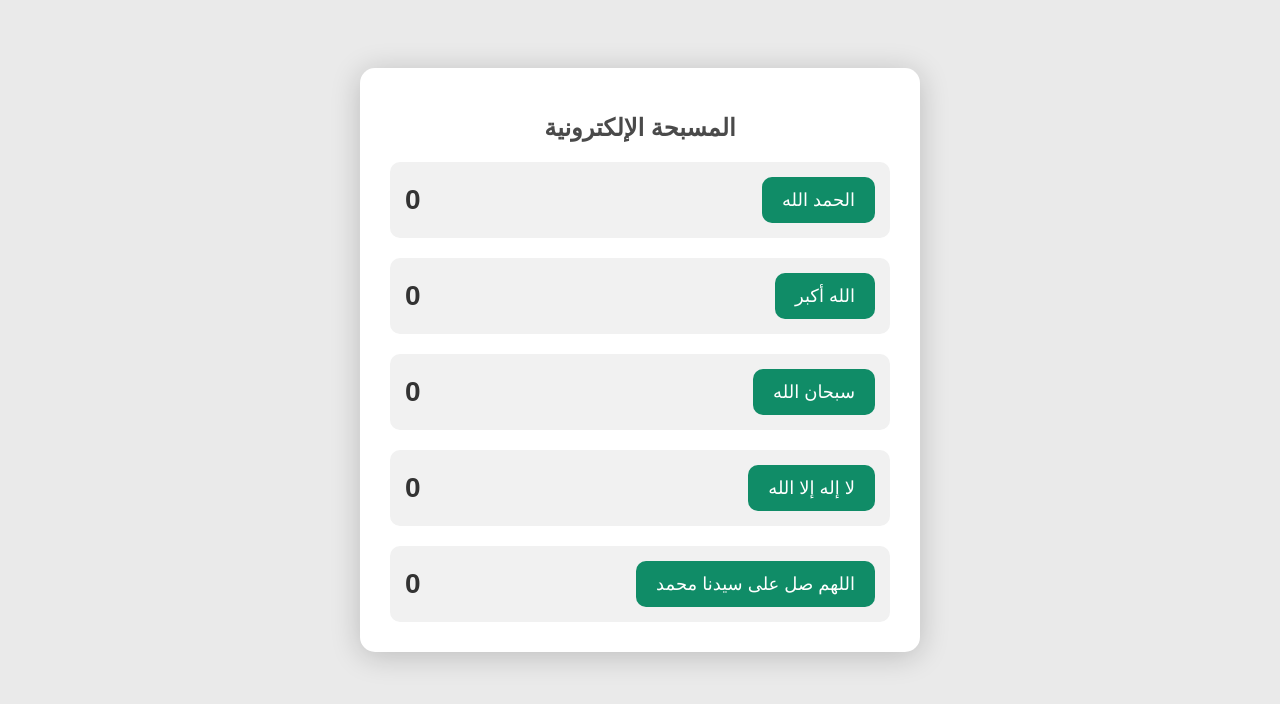
Repository: ShahdKItany/Electronic-Rosary
Page: index.html
These files come from the project's save history. The page is drawn as it stood at one moment and after the next save; the edit follows.
The browser window is 1280 px wide. The pictures show the whole page.

Above is the page before, as saved 2024-10-23 00:55:02.

### index.html
<!DOCTYPE html>
<html lang="ar">
<head>
  <meta charset="UTF-8">
  <meta name="viewport" content="width=device-width, initial-scale=1.0">
  <link rel="stylesheet" href="styles.css">
  <title>المسبحة الإلكترونية</title>
</head>
<body>
  <div class="container">
    <h1 class="title">المسبحة الإلكترونية</h1>
    <div class="button-container">
      <div class="button-group">
        <span id="counter1" class="counter">0</span>
        <button id="incrementButton1">الحمد الله</button>
      </div>
      <div class="button-group">
        <span id="counter2" class="counter">0</span>
        <button id="incrementButton2">الله أكبر</button>
      </div>
      <div class="button-group">
        <span id="counter3" class="counter">0</span>
        <button id="incrementButton3">سبحان الله</button>
      </div>
      <div class="button-group">
        <span id="counter4" class="counter">0</span>
        <button id="incrementButton4">لا إله إلا الله</button>

      </div>
      <div class="button-group">
        <span id="counter5" class="counter">0</span>
        <button id="incrementButton5">اللهم صل على سيدنا محمد</button>

      </div>
    </div>
  </div>

  <script src="main.js"></script>
</body>
</html>

### styles.css
body {
    font-family: 'Arial', sans-serif;
    background-color: #eaeaea;
    display: flex;
    justify-content: center;
    align-items: center;
    height: 100vh;
    margin: 0;
  }

  .container {
    text-align: center;
    background-color: #ffffff;
    border-radius: 15px;
    box-shadow: 0 4px 30px rgba(0, 0, 0, 0.2);
    padding: 30px;
    max-width: 500px;
    width: 90%;
  }

  .title {
    color: #4a4a4a;
    margin-bottom: 20px;
    font-size: 24px;
    font-weight: bold;
  }

  .button-container {
    display: flex;
    flex-direction: column;
    gap: 20px;
  }

  .button-group {
    display: flex;
    justify-content: space-between;
    align-items: center;
    background-color: #f1f1f1;
    border-radius: 10px;
    padding: 15px;
    transition: background-color 0.3s;
  }

  .button-group:hover {
    background-color: #e0e0e0;
  }

  button {
    background-color: #108c67;
    color: white;
    border: none;
    border-radius: 10px;
    padding: 12px 20px;
    cursor: pointer;
    font-size: 18px;
    transition: background-color 0.3s, transform 0.1s;
  }

  button:hover {
    background-color: #79e67d;
    transform: translateY(-2px);
  }

  .counter {
    font-size: 28px;
    color: #333;
    font-weight: bold;
  }

### main.js
const incrementButton1 = document.getElementById('incrementButton1');
const incrementButton2 = document.getElementById('incrementButton2');
const incrementButton3 = document.getElementById('incrementButton3');
const incrementButton4 = document.getElementById('incrementButton4');
const incrementButton5 = document.getElementById('incrementButton5');

const counterElement1 = document.getElementById('counter1');
const counterElement2 = document.getElementById('counter2');
const counterElement3 = document.getElementById('counter3');
const counterElement4 = document.getElementById('counter4');
const counterElement5 = document.getElementById('counter5');

let counterValue1 = 0;
let counterValue2 = 0;
let counterValue3 = 0;
let counterValue4 = 0;
let counterValue5 = 0;

incrementButton1.addEventListener('click', function() {
  counterElement1.textContent = ++counterValue1;
});

incrementButton2.addEventListener('click', function() {
  counterElement2.textContent = ++counterValue2;
});

incrementButton3.addEventListener('click', function() {
  counterElement3.textContent = ++counterValue3;
});

incrementButton4.addEventListener('click', function() {
  counterElement4.textContent = ++counterValue4;
});

incrementButton5.addEventListener('click', function() {
  counterElement5.textContent = ++counterValue5;
});

After the next save:
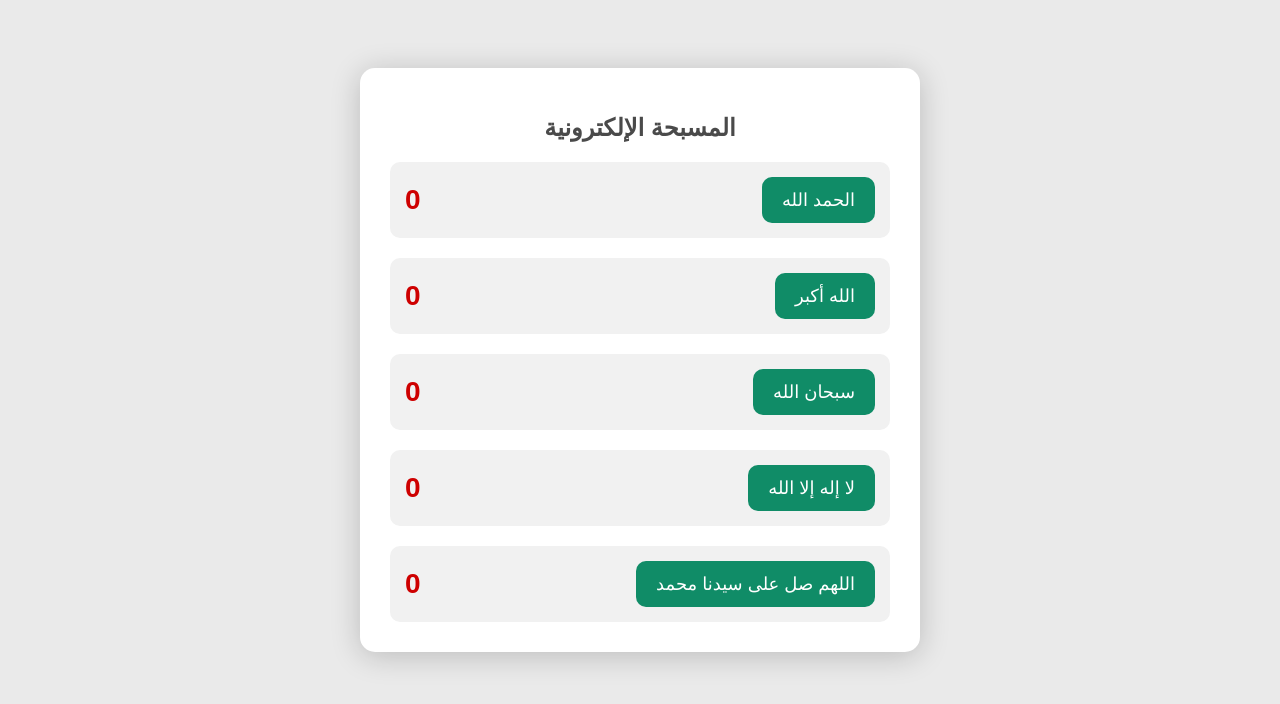
Saved 32 s later.
--- a/styles.css
+++ b/styles.css
@@ -63,6 +63,6 @@ body {
 
   .counter {
     font-size: 28px;
-    color: #333;
+    color: #ce0000;
     font-weight: bold;
   }
